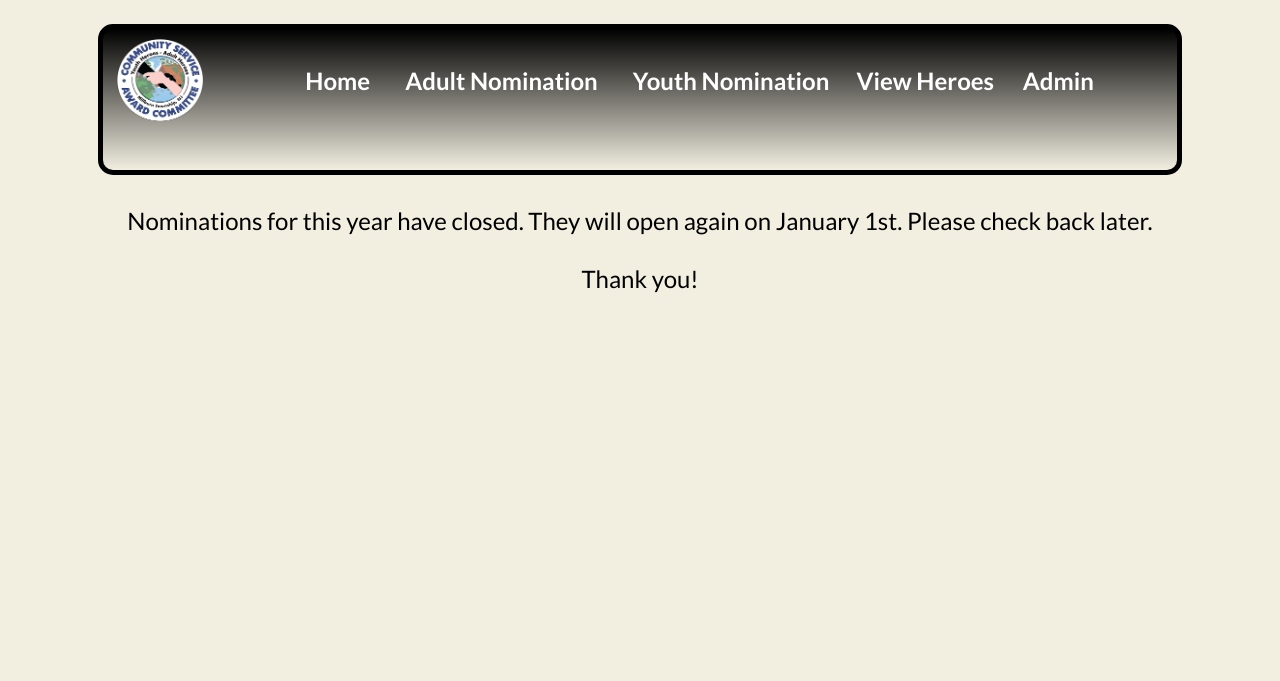
Repository: Centrattic/Young-Heroes-Website
Page: http://localhost/Frontend/adultnomination.php
These files come from the project's save history. The page is drawn as it stood at one moment and after the next save; the edit follows.
The browser window is 1280 px wide. The pictures show the whole page.
The page is run by PHP 8.4 with error messages shown; the project is at /var/www/html/. Queries for data that is not in the repository find no rows.

Above is the page before, as saved 2020-12-10 14:01:54.

### Eagle Project/Frontend/adultnomination.php
<?php
require_once '../Backend/functions.php';
require_once '../Backend/dbhconnect.php';
?>

<main>
    <html>
    <head>
        <link rel="stylesheet" href="https://cdn.jsdelivr.net/npm/bootstrap@4.5.3/dist/css/bootstrap.min.css" integrity="sha384-TX8t27EcRE3e/ihU7zmQxVncDAy5uIKz4rEkgIXeMed4M0jlfIDPvg6uqKI2xXr2" crossorigin="anonymous">
        <link href="../CSS/nomination.css" rel="stylesheet" type="text/css" />
        <link href="https://fonts.googleapis.com/css2?family=Lato:ital,wght@0,400;0,700;1,300;1,400&display=swap" rel="stylesheet">
        <link rel = "stylesheet" href = "../CSS/navbar.css">

        <style>
                .collapsible {
                    background-color: #eee;
                    color: #444;
                    cursor: pointer;
                    padding: 18px;
                    width: 100%;
                    border: none;
                    text-align: left;
                    outline: none;
                    font-size: 15px;
                    text-align: center;
                    margin-bottom: 1%;
                    width: 90%;
                }

                .active, .collapsible:hover {
                    background-color: #ccc;
                }


                .info-content {
                    padding: 0 18px;
                    display: none;
                    overflow: hidden;
                    background-color: #ffffff;
                    width: 90%;
                    margin: 1% auto;
                }

            </style>

    </head>
    <body>

    <?php
        navbar();

        $connection = connectToDB();
        list ($formStatus, $comments, $time) = readFormStatus($connection);
        mysqli_close($connection);

        if ( $formStatus != "open") {
            echo('<h1 style = "font-size: 1.5em;"> Nominations for this year have closed. They will open again on January 1st. Please check back later. <br><br> Thank you! ');
            exit();
        }
    ?>

    <h1> Adult Nomination </h1>
    <br>


    <h2 class= "age-definition"> Adults: Ages 19+</h2>
    <h3 style = "font-size: 1.25em; width: 60%; margin: 5px auto; font-weight: 800;"> All information is confidential for use by the Community Service Award Committee. </h3>

    <form action = "../Backend/nominateScript.php" method="post" name="nominate" enctype="multipart/form-data">

        <fieldset>
            <legend> Nominee Information</legend>
            <i>Please provide the following information about the individual you are nominating. If you are nominating a group, enter a group name and provide information here
            about the group organizer/leader.</i>
            <br> <br>

<!-- How many youth are you providing information about?-->

                <div class = "form-row">
                    <div class = "col-6">
                        <label for = "groupName">Group Name, if applicable </label>
                        <input class = "form-control" type="text" maxlength="80" id = "groupName" name="groupName" value="" title="Nominee's Full Name">
                    </div>

                    <div class = "col-5">
                        <label for = "nameNominee1">Nominee's Name * </label>
                        <input class = "form-control" required type="text" id = "nameNominee1" name="nameNominee1" value="" title="Nominee's Full Name">
                    </div>
                </div>

                <div class = "form-row">
                    <div class = "col-3">
                    <label for="ageNominee1">Nominee's Age Group *</label>
                            <select class = "form-control" required id="" name="ageNominee1">
                                <option value="" hidden disabled selected></option>
                                <option value="19-25">19-25</option>
                                <option value="25-40">25-40</option>
                                <option value="40-60">40-60</option>
                                <option value="60+">60+</option>
                            </select>
                    </div>

                    <div class = "col-4">
                        <label for="emailNominee1">Nominee's Email *</label>
                        <input class = "form-control" required type="text" name="emailNominee1" value="" title="Nominee's Email">
                    </div>

                    <div class = "col-4">
                        <label for="phoneParent1">Nominee's Phone *</label>
                        <input class = "form-control" required type="text" name="phoneParent1" value="" title="Nominee's Phone">
                    </div>
            </div>
        </fieldset>


        <fieldset>
            <legend> Additional Group Information </legend>
            <i> If you are nominating a group, please provide information about up to 3 additional members of the group.</i>
            <br> <br>
            <!--<button type="button" class="collapsible">Group Member 2</button>
            <div id = "CollapseInfo2" class = "info-content">
            </div>-->
                <?php
                    additionalAdultMembersHTML(2);
                ?>

        <!--<button type="button" class="collapsible">Group Member 3</button>
            <div id = "CollapseInfo3" class = "info-content">
            </div>-->
                <?php
                    additionalAdultMembersHTML(3);
                ?>

        <!--<button type="button" class="collapsible">Group Member 4</button>
            <div id = "CollapseInfo4" class = "info-content">
            </div>-->
                <?php
                    additionalAdultMembersHTML(4);
                ?>


        </fieldset>

        <fieldset>
            <legend> Nominator Information </legend>
            <i> This information will only be viewed by the Community Service Award Committee and will not be made public. </i> <br> <br>
                <div class = "col-12">
                    <label for = "nameNominator">Nominator's Full Name *</label>
                    <input class = "form-control" required type="text" id = "nameNominator" name="nameNominator" value="" title="Parent's Full Name">
                </div>

                <div class = "form-row">
                    <div class = "col-5">
                        <label for="emailNominator">Nominator's Email *</label>
                        <input class = "form-control" required type="text"name="emailNominator" value="" title="Parent's Email">
                    </div>

                    <div class = "col-6">
                        <label for="phoneNominator">Nominator's Phone Number *</label>
                        <input class = "form-control" required type="tel"name="phoneNominator" value="" title="Parent's Phone">
                    </div>
                </div>
        </fieldset>



        <fieldset>
            <legend> Nominee Contributions</legend>
            <i> If your nominee is selected as a winner, this information may be used to promote to the public. </i>
            <br> <br>

            <div>
                <label for="workNominee">Please summarize the action(s) and notable contributions of the individual or group and why you believe they are noteworthy for this award. You may attach additional information below.*</label> <!--  they are/were taking, what prompted them to take such action, their goal, how they have/had engaged others in their efforts, and their impact. -->
                <div class="inputWrapper">
                    <textarea class = "form-control" required maxlength="1500" name="workNominee" title="What work is the young hero/group doing?"></textarea>
                    <span>Limit: 1500 characters</span>
                </div>
            </div>
<!--
            <div>
                <label for="bioNominee">Write a short bio about the hero/group. Please summarize why they care about the issue and what personal interests, passions, or skills they have that are relevant to their service. *</label>
                <div class="inputWrapper">
                    <textarea class = "form-control" required maxlength="250" name="bioNominee" title="Person: Write a short bio about the young hero/group. Please summarize why they care about the issue, and what personal interests, passions, or skills they have that are relevant to their service." ></textarea>
                    <span>Limit: 250 characters</span>
                </div>
            </div>
-->

        </fieldset>

        <fieldset>
            <legend>Additional Supporting Information</legend>
            <i> <b> This section is optional. </b> <br> If necessary, please share additional information to support the nomination (including social media links, pictures, a resumé, and/or a .pdf/.docx file).</i>

            <br> <br>

            <h4> Social Media </h4>

            <div class = "form-row">

                <div class = "col-5">
                    <label for="facebookNominee">Facebook</label>
                    <input class = "form-control" maxlength = "100" type="text" name="facebookNominee" value="" title="Nominee's Facebook">
                    <span class="hint">Must be in full URL format. For example, http://www.facebook.com/younghero</span>
                </div>

                <div class = "col-6">
                    <label for="instagramNominee">Instagram</label>
                    <input class = "form-control" maxlength = "100" type="text" name="instagramNominee" value="" title="Nominee's Instagram">
                    <span class="hint">Must be in full URL format. For example, https://www.instagram.com/youthservice/</span>
                </div>
            </div>
            <br>

            <h4> Pictures </h4>
            <i>We encourage you to share exemplary photos of the work. Please upload them below along and include a short caption. We accept jpg, png, and jpeg formats. </i>
            <br>

            <div class = "form-row col-12">
                <label>Headshot of Nominee/Group </label>
                <input type = "file" name = "headshotNominee" class = "form-control-file col-12" id = "customFile">

            </div>

            <div class = "form-row">

                <div class = "col-6">
                    <label for = "pic2Nominee">Working Picture </label> <br>
                    <input class = "form-control-file" type = "file"  name = "pic2Nominee">

                    <input class = "form-control" type = "text" maxlength="80" name = "Captionpic2Nominee" placeholder = "Caption">
                    <span>Limit: 80 characters</span>
                </div>

                <div class = "col-5">
                     <label for = "pic3Nominee">Working Picture </label> <br>
                    <input class = "form-control-file" type = "file" name = "pic3Nominee">
                    <input class = "form-control" type = "text" maxlength="80" name = "Captionpic3Nominee" placeholder = "Caption">
                    <span>Limit: 80 characters</span>
                </div>
            </div>

            <br>

            <h4> Miscellaneous </h4>

            <i>Please upload any additional miscellaneous information. We accept pdf and docx formats less than 5MB.</i>
            <br>

            <div class = "form-row col-12">
                <label for = "resumeNominee">Upload Miscellaneous Information </label>
                <input type = "file" name = "resumeNominee" class = "form-control-file col-12">
            </div>
        </fieldset>

        <!--

        <fieldset id = "pictures">
            <legend> Nominee Pictures </legend>
            <i> <b> This sectional is optional. </b> <br> However, we encourage you to share photos of a nominee and their work. If you are willing, please upload them here along with a caption (also optional). We accept jpg, png, and jpeg formats. </i>
            <br><br>

            <div>
                <label for = "headshotNominee">Headshot of Young Hero(es) </label> <br>
                <input type = "file" name = "headshotNominee" placeholder = "Upload image of COVID Hero (5MB max)">
            </div>

            <div>
                <br> <label for = "pic2Nominee">Working Picture </label> <br>
                <input type = "file" name = "pic2Nominee" placeholder = "Upload image of COVID Hero (5MB max)">
                <input type = "text" maxlength="80" name = "Captionpic2Nominee" placeholder = "Caption"> <br>
                <span>Limit: 80 characters</span>
            </div>

            <div>
                <br> <label for = "pic3Nominee">Working Picture </label> <br>
                <input type = "file" name = "pic3Nominee" placeholder = "Caption">
                <input type = "text" maxlength="80" name = "Captionpic3Nominee" placeholder = "Caption"> <br>
                <span>Limit: 80 characters</span>
            </div>

        </fieldset>


        <fieldset id = "social-media">
            <legend> Nominee Social Media </legend>
            <i> <b> This section is optional. </b> If you choose to fill out social media information, it will only be viewed by the Community Service Award Committee, not the public. </i>
            <br><br>

            <div>
                <label for="facebookNominee">Nominee's Facebook</label>
                <div class="inputWrapper">
                    <input maxlength = "100" type="text" name="facebookNominee" value="" title="Nominee's Facebook">
                    <br>
                    <span class="hint">Must be in full URL format. For example, http://www.facebook.com/younghero</span>
                </div>
            </div>

            <div>
                <label for="twitterNominee">Nominee's Twitter</label>
                <div class="inputWrapper">
                    <input maxlength = "100" type="text" name="twitterNominee" value="" title="Nominee's Twitter">
                    <br>
                    <span class="hint">Must be in full URL format. For example, http://www.twitter.com/youthservice</span>
                </div>
            </div>

            <div>
                <label for="instagramNominee">Nominee's Instagram</label>
                <div class="inputWrapper">
                    <input maxlength = "100" type="text" name="instagramNominee" value="" title="Nominee's Instagram"></div>
            </div>

            <div>
                <label for="websiteNominee">Nominee's Website</label>
                <div class="inputWrapper">
                    <input maxlength = "100" type="text" name="websiteNominee" value="" title="Nominee's Website" class="">
                    <br>
                    <span class="hint">Must be in full URL format. For example, http://www.ysa.org</span>
                </div>
            </div>

            <div>
                <label for="newsNominee">Nominee's One News Link</label>
                <div class="inputWrapper">
                    <input maxlength = "100" type="text" name="newsNominee" value="" title="Nominee's News Link">
                    <br>
                    <span class="hint">Must be in full URL format. For example, https://patch.com/new-jersey/millburn/short-hills-scouts-host-coding-camp</span>
                </div>
            </div>

        </fieldset>

        <fieldset>
            <legend>Nominee Resumé/Additional Information</legend>
            <i> <b> This section is optional. </b> <br> If you choose to upload a resumé or share additional information, it will only be viewed by the Community Service Award Committee, not the public.</i>
            <div> <br>
                <label for = "resumeNominee">Upload Resumé as .pdf < 5MB </label><br>
                <input type = "file" name = "resumeNominee" placeholder = "Upload Resumé as .pdf < 5MB">
            </div>
        </fieldset>

        <!--<fieldset>
            <legend>Media Release Approval</legend>

            <div class="inputWrapper" id = "mediaflex">
                <i>Please ensure that the young hero approves of themselves appearing in the media. </i>
                <br>

                <br>
                <input required type="radio" id = "mediarelease" name="mediaRelease" value="1">
                <label for="mediaRelease" id = "media"> The young hero approves of themselves appearing in the media. *</label>

            </div>

            <div>
            <input style = "display: none;" id = "isYouth" name="isYouth" value="0">

            </div>



        </fieldset> -->

        <input type="submit" name="submit_button" value="Submit" class = "submit_button">

        <!--
        <div class="oneField field-container-D    " id="tfa_12-D">
        <label id="tfa_12-L" class="label preField reqMark" for="tfa_12">Nominator's Last Name</label><div class="inputWrapper"><input type="text" id="tfa_12" name="tfa_12" value="" aria-required="true" title="Nominator's Last Name" class="required"></div>
        </div>
        <div class="oneField field-container-D    " id="tfa_10-D">
        <label id="tfa_10-L" class="label preField reqMark" for="tfa_10">Nominator's Email</label><div class="inputWrapper"><input type="text" id="tfa_10" name="tfa_10" value="" aria-required="true" title="Nominator's Email" class="validate-email required"></div>
        </div>
        <div class="oneField field-container-D    " id="tfa_13-D">
        <label id="tfa_13-L" class="label preField reqMark" for="tfa_13">Nominator's Phone</label><div class="inputWrapper"><input type="text" id="tfa_13" name="tfa_13" value="" aria-required="true" title="Nominator's Phone" class="required"></div>
        </div>
        </fieldset>
        <fieldset id="tfa_588" class="section wf-acl-hidden">
        -->
        </form>

        <?php
      footer();
     ?>

        <!--<div id = "quote">
            <h1> COVID Nomination </h1>
        </div>


        <br><br><br><br>


        <div id = "directions">
        <h2> Nominate a COVID Hero!</h2>
        <h4> In your form, please don't use any inapproriate or spam entries or your nomination will be removed and your account banned. Also,
            do not write in full sentences when filling out the contact and location sections. </h4>
        </div>

        <br><br><br><br><br><br>

        <div id = "border">
            <p class= large> Upload Your Image of a COVID Hero </p>
            <p> Only use .jpeg, .png, or .jpg for your image. For best results, use an image with a slightly longer length than width. </p> <br>

            <form action = "fileUploadScript.php" method = "post" enctype = "multipart/form-data" id ="nominate">
            <input type = "file" name = "image" placeholder = "Upload image of COVID Hero (5MB max)" id = "uploadedimg">

            <br>

            <br>
            <p class= large> All About Your Hero (300 chars max) </p>
            <p> Ex. Josh Chun is a Millburn High School student who loves plain yogurt, coding, and geometry class. </p> <br>
            <textarea name = "description" rows = 5 placeholder = "Personal Description of Hero (200 chars max)" maxlength = "200"> </textarea> <br><br>

            <p class= large> Hero's Location </p>
            <p> Ex. Millburn, New Jersey, 07078 (please include the hero's zipcode)</p> <br>
            <textarea name = "location" placeholder = "Hero's Location (100 chars max)" rows = 5 maxlength = "100"> </textarea> <br><br>

            <p class= large> What Has Your Hero Done? </p>
            <p> Ex. Josh Chun sews masks and donates them to Goodwill shelters during this period. </p> <br>
            <textarea name = "job" placeholder = "What the Hero has Done (200 chars max)" rows = 5 maxlength = "200"> </textarea> <br><br>

            <p class= large> Way to Contact Hero </p>
            <p> Please type only a phone number and/or email address. </p>
            <textarea name = "contact" placeholder = "Hero's Phone Number/Email Address (100 chars max)" rows = 5 maxlength = "100"> </textarea> <br><br>

            <p class= large> Hero's News Links </p>
            <p> Please put, maximum, one http link of your hero's. If none, leave this field empty. </p>
            <textarea name = "news" placeholder = "News URL" rows = 3>  </textarea> <br><br>

            <button id = "nominatehero" type = "submit" name = "nominate"> Nominate Hero</button>


            </form>
        -->

<!--
            <script>
            var coll = document.getElementsByClassName("collapsible");
            var i;

            for (i = 0; i < coll.length; i++) {
            coll[i].addEventListener("click", function() {
                this.classList.toggle("active");
                var content = this.nextElementSibling;
                if (content.style.display === "block") {
                content.style.display = "none";
                } else {
                content.style.display = "block";
                }
            });
            }
            </script>-->

    </body>
    </html>
</main>

### Eagle Project/Backend/dbhconnect.php
<?php
  $servername = "localhost";
  $dbUsername = "root";
  $dbPassword = "";
  $dbName = "young_heroes";

  //connecting to database
  $connection = new mysqli($servername, $dbUsername, $dbPassword, $dbName);

  //error message if connection fails
  if(!$connection){
    die("Connection failed: ".mysqli_connect_error());
  }
?>

### Eagle Project/CSS/navbar.css
* {
    text-align: center;
    font-family: 'Lato', sans-serif;
}

body {
    background-color: #F2EFE1;
}


.menu-area li{
    display: inline;
    color: white;
    font-weight: bold;
    font-size: 1.5em;
    padding-bottom: 10px;
}

.menu-area .non-dropdown a{
    display: inline-block;
    padding: 30px 10px;
    text-decoration: none;
    color: white;
    box-sizing: border-box;

}

.menu-area .nav-dropdown .dropdown-content li a{
    display: inline-block;
    text-align: center;
    padding: 14px 16px;
    text-decoration: none;
}

.menu-area {
    width: 100%;
    background-image: linear-gradient(black, #F2EFE1);
    overflow: hidden;
    border-radius: 15px;
    border: 5px solid black;
    height: 30% !important;
}

.menu-area .non-dropdown:hover{
    border-radius: 0px;
    border-bottom: 10px solid aliceblue;
}

.menu-area li a {
    box-sizing: border-box;
}

.nav-dropbtn {
    text-decoration: none;
    color: white;
}

/*FIX THIS LATER*/


#logout {
    all: unset;
}

body {
    margin: 0 5%;
}

/* ------------------*/



li.nav-dropdown {
    display: inline-block;
}

.dropdown-content {
    display: none;
    position: absolute;
    background-color: #f9f9f9;
    min-width: 150px;
    box-shadow: 0px 8px 16px 0px rgba(0,0,0,0.2);
    z-index: 1;

}

.dropdown-content a {
    color: black;
    padding: 12px 16px;
    text-decoration: none;
    display: block;
    font-size: .9em;
    text-align: left;
}


.dropdown-content a:hover {
    background-color: #f1f1f1;
}


.nav-dropdown:hover .dropdown-content {
    display: block;
    border-radius: 0px;
}


/* Footer*/



.site-footer {
    background-color: #E2DECC;
      text-align: center;
      margin: 10px 0;
      padding: 10px 0;
  }

  #social-wrapper {
      text-align: center;
  }

  /*Social Media Icons*/
  .social-wrapper {
      text-align: center;
  }

  .social-wrapper ul li {
      display: inline;
      margin: 0 5px;
  }

  .twitter-icon,
  .facebook-icon,
  .instagram-icon,
  .linkedin-icon,
  .googleplus-icon,
  .youtube-icon,
  .foursquare-icon{
      margin-top: .625em;
      width: 40px;
      height: 40px;
      opacity: .6;
      filter: alpha(opacity=60); /* For IE8 and earlier */
    border-radius: 25px;
  }

  .twitter-icon:hover,
  .facebook-icon:hover,
  .instagram-icon:hover,
  .linkedin-icon:hover,
  .googleplus-icon:hover,
  .youtube-icon:hover,
  .foursquare-icon:hover {
      opacity: 1.0;
      filter: alpha(opacity=100); /* For IE8 and earlier */
  }

  .footer-nav p {
      text-align: center;
  }

Loaded but not shown: Eagle Project/Backend/functions.php (1056 lines, source omitted); Eagle Project/CSS/nomination.css (101 lines, source omitted)

After the next save:
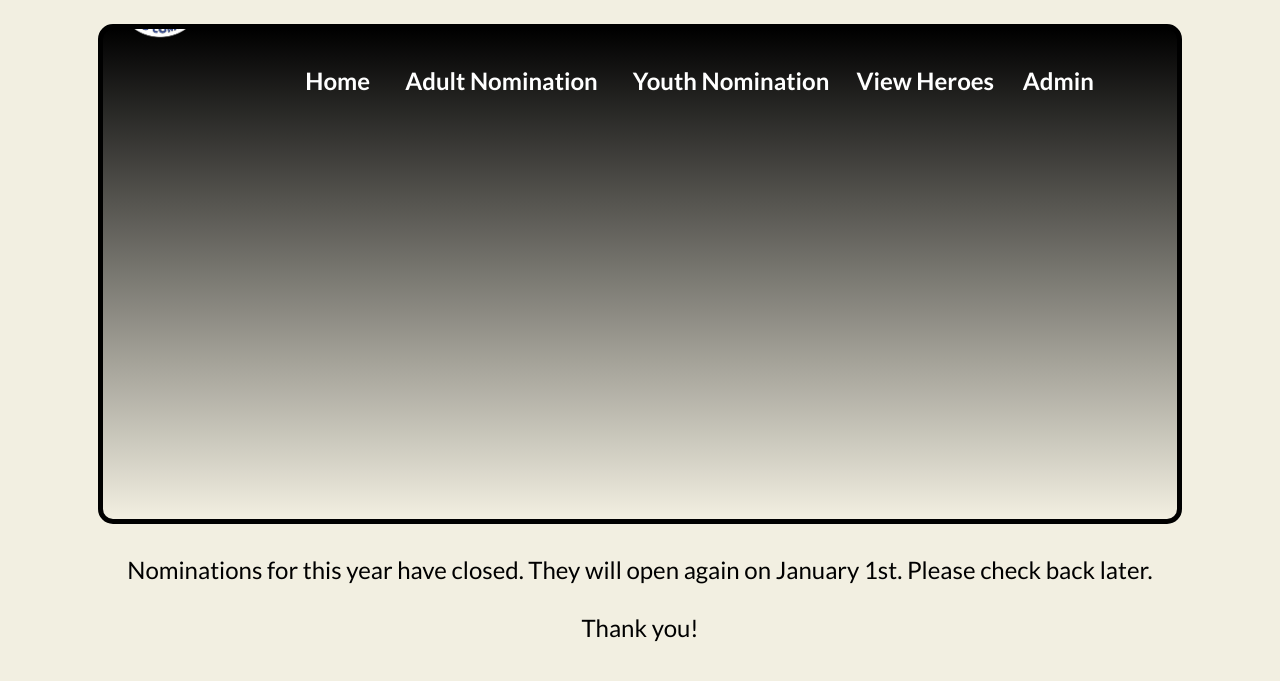
Saved 18 s later.
--- a/Eagle Project/CSS/navbar.css
+++ b/Eagle Project/CSS/navbar.css
@@ -38,7 +38,7 @@ body {
     overflow: hidden;
     border-radius: 15px;
     border: 5px solid black;
-    height: 30% !important;
+    height: 500px !important;
 }
 
 .menu-area .non-dropdown:hover{
